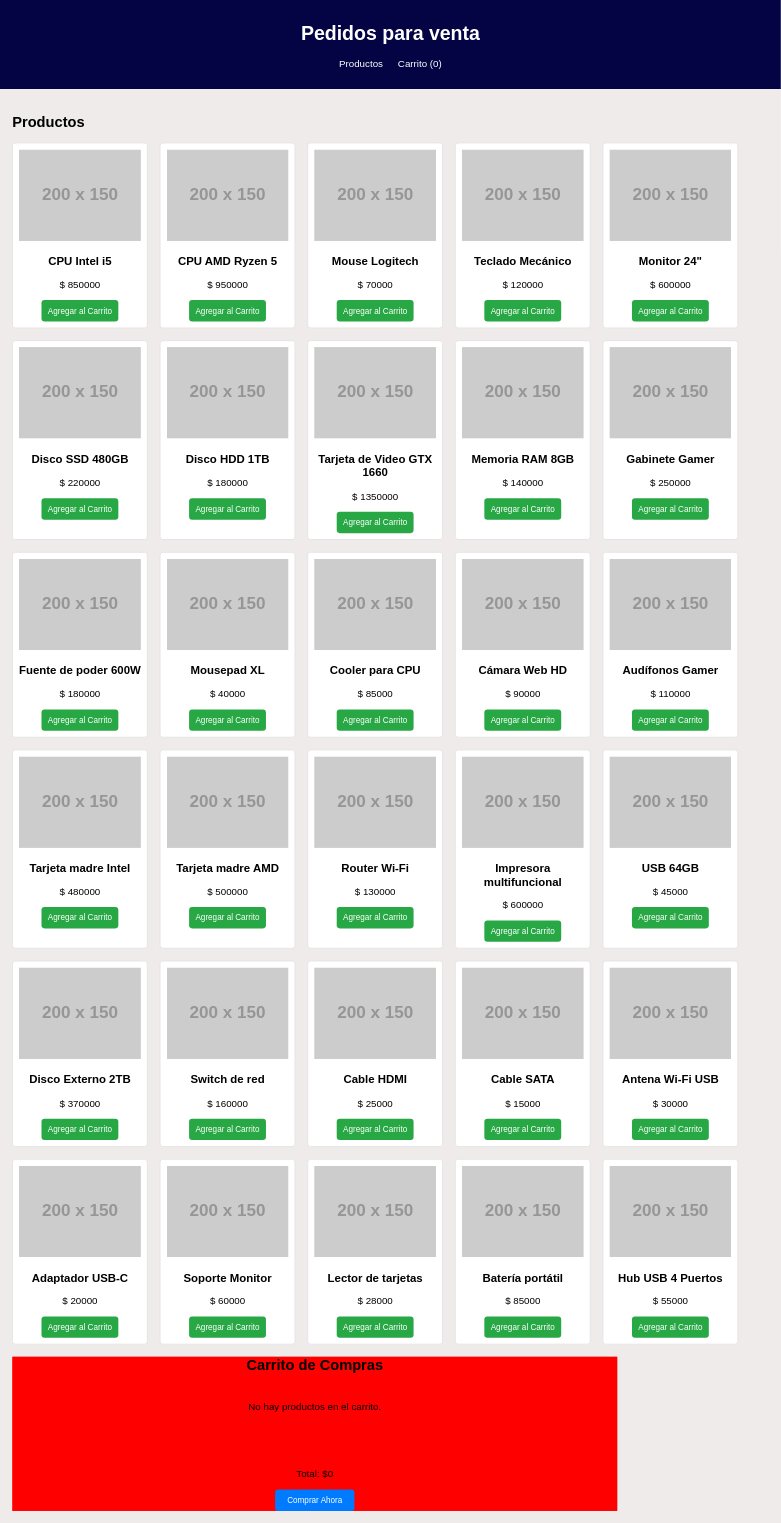
Repository: ye909/RAVPIP
Page: src/templei/ventasPortatil.html
These files come from the project's save history. The page is drawn as it stood at one moment and after the next save; the edit follows.
The browser window is 1280 px wide. The pictures show the whole page, at 61% of full size.

Above is the page before, as saved 2025-04-10 08:01:44.
Console error: ReferenceError: updateCart is not defined

After the next save:
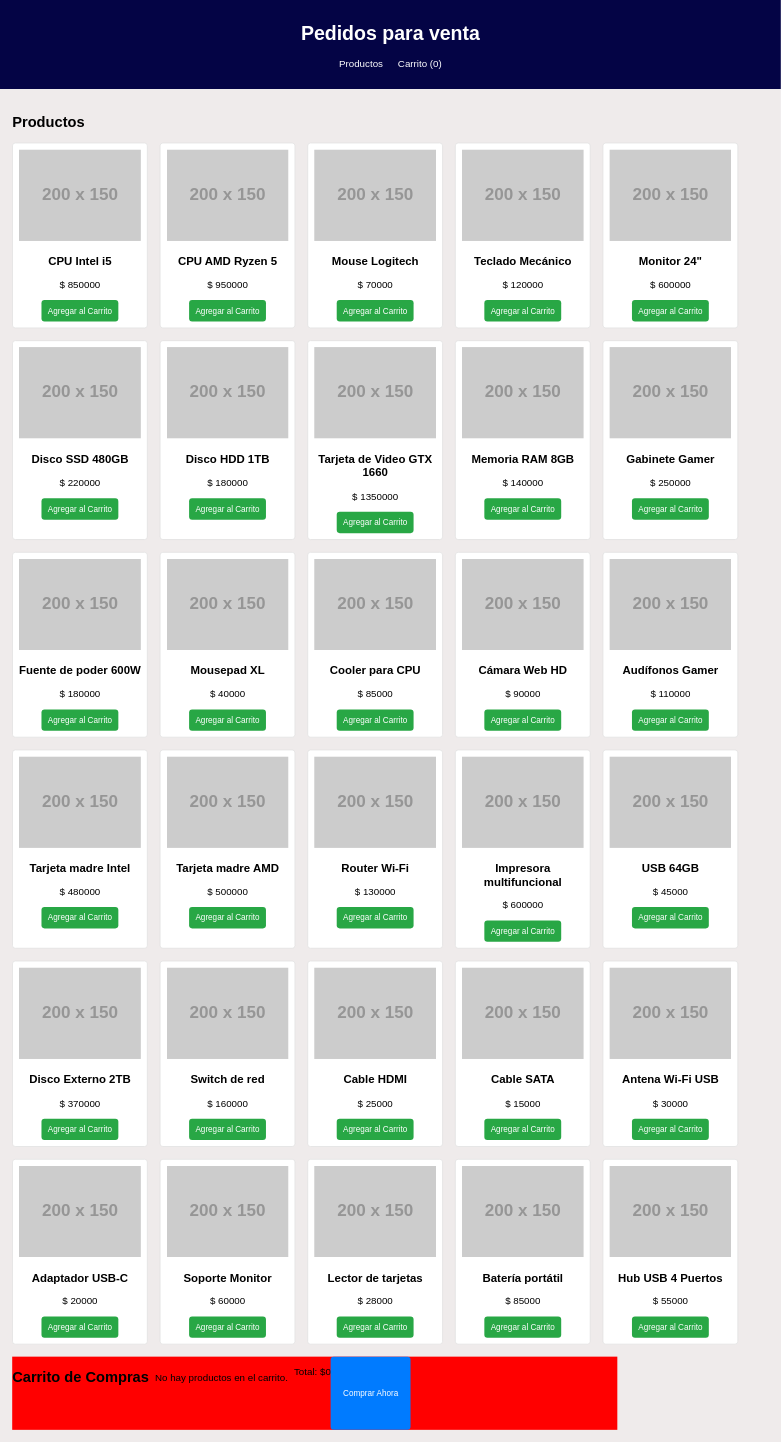
Saved 22 s later.
--- a/src/css/ventas.css
+++ b/src/css/ventas.css
@@ -88,8 +88,9 @@ body {
     background-color: #ccc;
   }
   .carrito{
+    display: flex;
+    justify-items: center;
    text-align: center;
-
    background:red;
    width:80%;
   }
